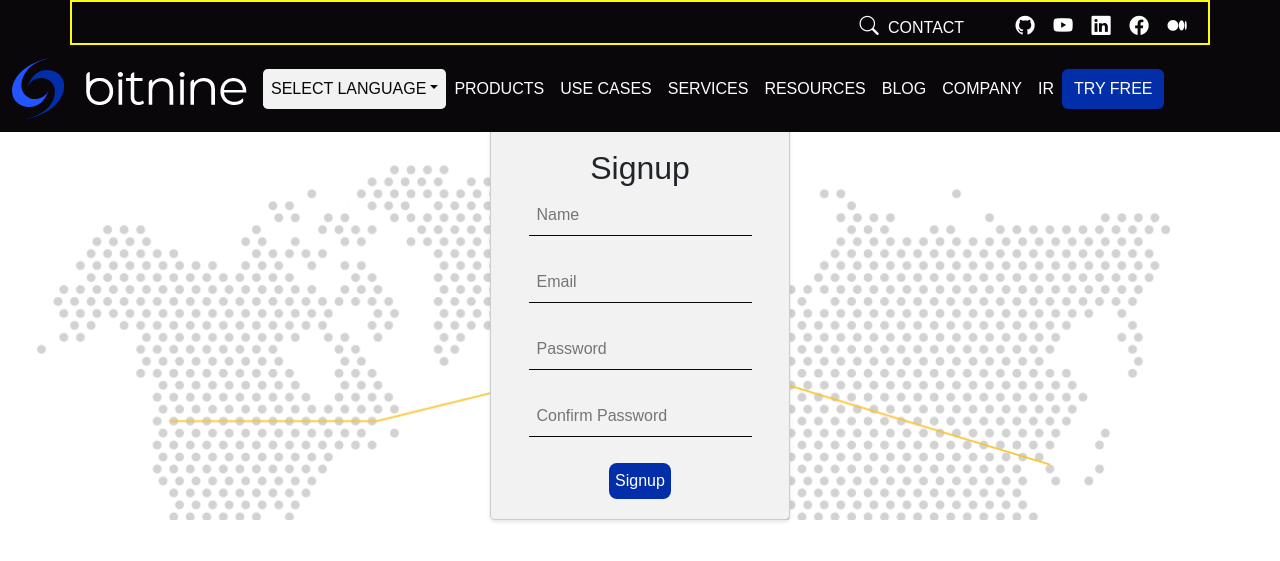
Repository: devblackie/signinpage
Page: /
The author's editor kept a copy of each file at every save. The page is drawn from the files as they stood at one save, then again after the next save.
The browser window is 1280 px wide. The pictures show the whole page.
Some web fonts or font styles are not loaded; a fallback is used. The project was rebuilt for these pictures with package versions that can differ from the ones it lists, and the page was loaded fresh each time. Also part of the build but not shown: vite.config.js, src/components/Login.jsx, src/components/Dashboard.jsx, src/components/Home.jsx, src/components/ProtectedDashboard.jsx.

Above is the page before, as saved 2023-08-28 17:43:55.

After the next save:
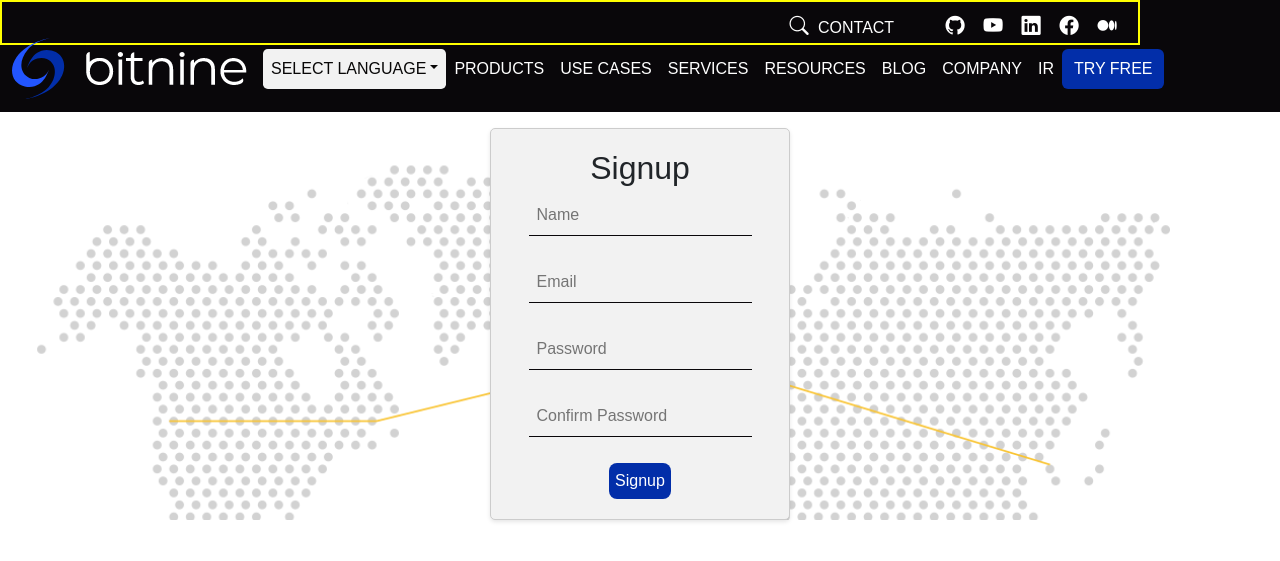
Saved 12 s later.
--- a/src/components/style/navbar.css
+++ b/src/components/style/navbar.css
@@ -19,7 +19,7 @@
 }
 .topbar .container {
   border: 2px solid yellow;
-  margin: 0 0 -20pxrem 0;
+  margin: 0 0 -20px 0;
 
 }
 

After the save that followed:
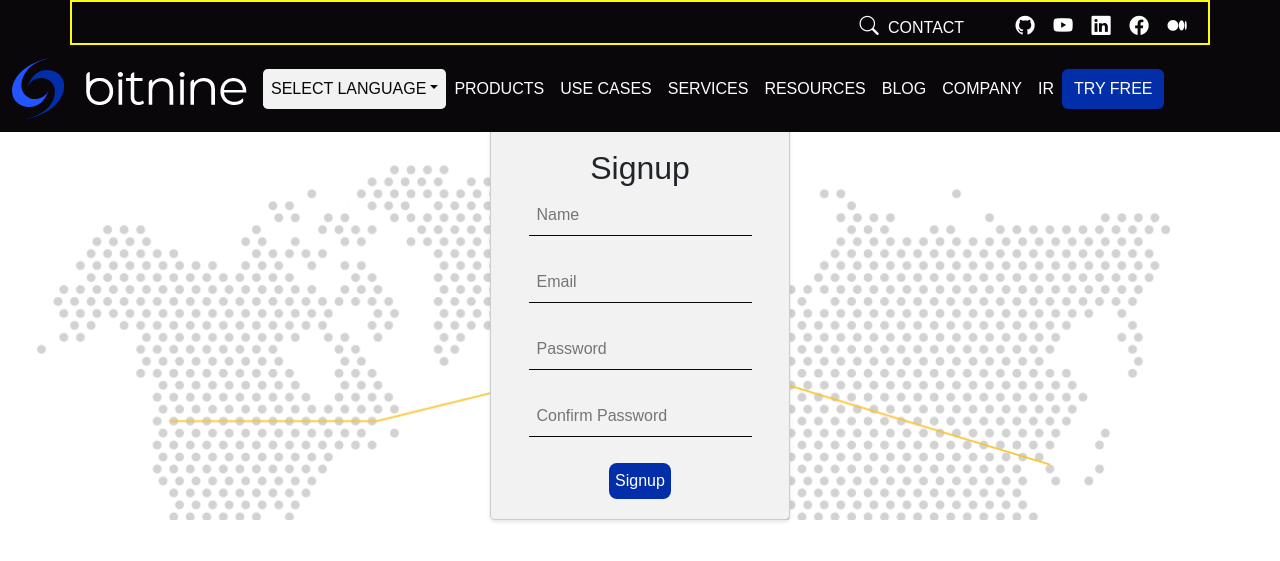
Saved 21 s later.
--- a/src/components/style/navbar.css
+++ b/src/components/style/navbar.css
@@ -19,7 +19,7 @@
 }
 .topbar .container {
   border: 2px solid yellow;
-  margin: 0 0 -20px 0;
+  margin: 0 0 -20px 0 0;
 
 }
 
